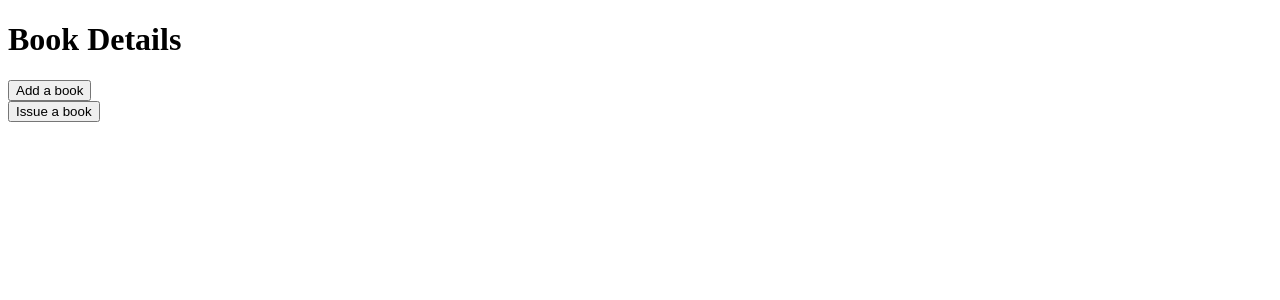
Repository: Shiru99/CS313-DBMS
Page: http://localhost/J2EEProject/
An editor plug-in stored every save of this project. The page is shown before and after the next save, followed by the edit.
The browser window is 1280 px wide. The pictures show the whole page.
The page is served by Tomcat 9.

Above is the page before, as saved 2020-11-02 23:45:02.

After the next save:
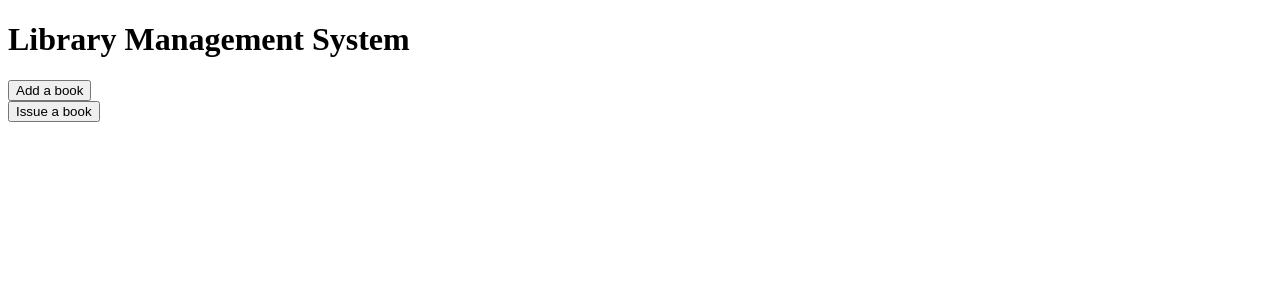
Saved 2 min 15 s later.
--- a/Home Assignment 2/J2EEProject/WebContent/Home.jsp
+++ b/Home Assignment 2/J2EEProject/WebContent/Home.jsp
@@ -7,7 +7,7 @@
 <title>Book Addition Form</title>
 </head>
 <body>
-<h1>Book Details </h1>
+<h1>Library Management System</h1>
 <form action="Add.jsp" method="post">
 			<input type="submit" value="Add a book" /></form>
 <form action="Issue.jsp" method="post">
